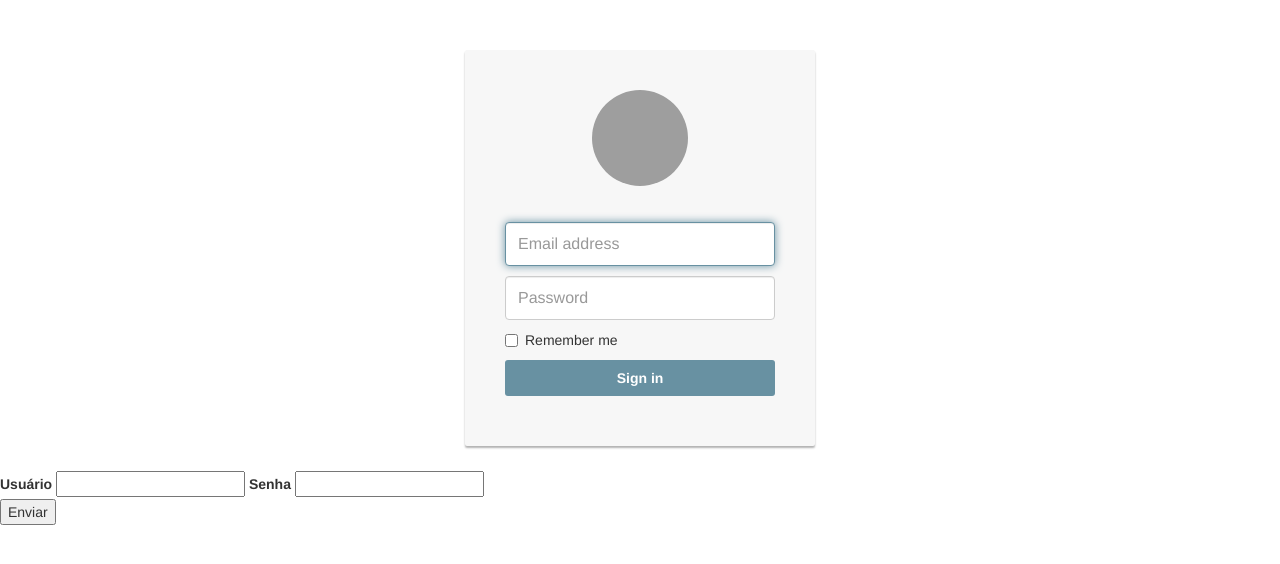
Repository: JacksonPassos/JAAS
Page: http://localhost/gerenciador/jsp/login.jsp
An editor plug-in stored every save of this project. The page is shown before and after the next save, followed by the edit.
The browser window is 1280 px wide. The pictures show the whole page.
Pictures or frames that could not be fetched are drawn as grey boxes. The page is served by Tomcat 9.

Above is the page before, as saved 2017-05-16 21:25:28.
Console error: ReferenceError: $ is not defined

### gerenciador/WebContent/jsp/login.jsp
<%@ page language="java" contentType="text/html; charset=ISO-8859-1"
    pageEncoding="ISO-8859-1"%>
<!DOCTYPE html PUBLIC "-//W3C//DTD HTML 4.01 Transitional//EN" "http://www.w3.org/TR/html4/loose.dtd">
<html>
<head>
<meta http-equiv="Content-Type" content="text/html; charset=UTF-8">
<link rel="stylesheet" type="text/css" href="../bootstrap/css/bootstrap.min.css">
<style type="text/css">
/*
 * Specific styles of signin component
 */
/*
 * General styles
 */
body, html {
    height: 100%;
    background-repeat: no-repeat;

}

.card-container.card {
    max-width: 350px;
    padding: 40px 40px;
}

.btn {
    font-weight: 700;
    height: 36px;
    -moz-user-select: none;
    -webkit-user-select: none;
    user-select: none;
    cursor: default;
}

/*
 * Card component
 */
.card {
    background-color: #F7F7F7;
    /* just in case there no content*/
    padding: 20px 25px 30px;
    margin: 0 auto 25px;
    margin-top: 50px;
    /* shadows and rounded borders */
    -moz-border-radius: 2px;
    -webkit-border-radius: 2px;
    border-radius: 2px;
    -moz-box-shadow: 0px 2px 2px rgba(0, 0, 0, 0.3);
    -webkit-box-shadow: 0px 2px 2px rgba(0, 0, 0, 0.3);
    box-shadow: 0px 2px 2px rgba(0, 0, 0, 0.3);
}

.profile-img-card {
    width: 96px;
    height: 96px;
    margin: 0 auto 10px;
    display: block;
    -moz-border-radius: 50%;
    -webkit-border-radius: 50%;
    border-radius: 50%;
}

/*
 * Form styles
 */
.profile-name-card {
    font-size: 16px;
    font-weight: bold;
    text-align: center;
    margin: 10px 0 0;
    min-height: 1em;
}

.reauth-email {
    display: block;
    color: #404040;
    line-height: 2;
    margin-bottom: 10px;
    font-size: 14px;
    text-align: center;
    overflow: hidden;
    text-overflow: ellipsis;
    white-space: nowrap;
    -moz-box-sizing: border-box;
    -webkit-box-sizing: border-box;
    box-sizing: border-box;
}

.form-signin #inputEmail,
.form-signin #inputPassword {
    direction: ltr;
    height: 44px;
    font-size: 16px;
}

.form-signin input[type=email],
.form-signin input[type=password],
.form-signin input[type=text],
.form-signin button {
    width: 100%;
    display: block;
    margin-bottom: 10px;
    z-index: 1;
    position: relative;
    -moz-box-sizing: border-box;
    -webkit-box-sizing: border-box;
    box-sizing: border-box;
}

.form-signin .form-control:focus {
    border-color: rgb(104, 145, 162);
    outline: 0;
    -webkit-box-shadow: inset 0 1px 1px rgba(0,0,0,.075),0 0 8px rgb(104, 145, 162);
    box-shadow: inset 0 1px 1px rgba(0,0,0,.075),0 0 8px rgb(104, 145, 162);
}

.btn.btn-signin {
    /*background-color: #4d90fe; */
    background-color: rgb(104, 145, 162);
    /* background-color: linear-gradient(rgb(104, 145, 162), rgb(12, 97, 33));*/
    padding: 0px;
    font-weight: 700;
    font-size: 14px;
    height: 36px;
    -moz-border-radius: 3px;
    -webkit-border-radius: 3px;
    border-radius: 3px;
    border: none;
    -o-transition: all 0.218s;
    -moz-transition: all 0.218s;
    -webkit-transition: all 0.218s;
    transition: all 0.218s;
}

.btn.btn-signin:hover,
.btn.btn-signin:active,
.btn.btn-signin:focus {
    background-color: rgb(12, 97, 33);
}

.forgot-password {
    color: rgb(104, 145, 162);
}

.forgot-password:hover,
.forgot-password:active,
.forgot-password:focus{
    color: rgb(12, 97, 33);
}
</style>
<script type="text/javascript">
$( document ).ready(function() {
    // DOM ready

    // Test data
    /*
     * To test the script you should discomment the function
     * testLocalStorageData and refresh the page. The function
     * will load some test data and the loadProfile
     * will do the changes in the UI
     */
    // testLocalStorageData();
    // Load profile if it exits
    loadProfile();
});

/**
 * Function that gets the data of the profile in case
 * thar it has already saved in localstorage. Only the
 * UI will be update in case that all data is available
 *
 * A not existing key in localstorage return null
 *
 */
function getLocalProfile(callback){
    var profileImgSrc      = localStorage.getItem("PROFILE_IMG_SRC");
    var profileName        = localStorage.getItem("PROFILE_NAME");
    var profileReAuthEmail = localStorage.getItem("PROFILE_REAUTH_EMAIL");

    if(profileName !== null
            && profileReAuthEmail !== null
            && profileImgSrc !== null) {
        callback(profileImgSrc, profileName, profileReAuthEmail);
    }
}

/**
 * Main function that load the profile if exists
 * in localstorage
 */
function loadProfile() {
    if(!supportsHTML5Storage()) { return false; }
    // we have to provide to the callback the basic
    // information to set the profile
    getLocalProfile(function(profileImgSrc, profileName, profileReAuthEmail) {
        //changes in the UI
        $("#profile-img").attr("src",profileImgSrc);
        $("#profile-name").html(profileName);
        $("#reauth-email").html(profileReAuthEmail);
        $("#inputEmail").hide();
        $("#remember").hide();
    });
}

/**
 * function that checks if the browser supports HTML5
 * local storage
 *
 * @returns {boolean}
 */
function supportsHTML5Storage() {
    try {
        return 'localStorage' in window && window['localStorage'] !== null;
    } catch (e) {
        return false;
    }
}

/**
 * Test data. This data will be safe by the web app
 * in the first successful login of a auth user.
 * To Test the scripts, delete the localstorage data
 * and comment this call.
 *
 * @returns {boolean}
 */
function testLocalStorageData() {
    if(!supportsHTML5Storage()) { return false; }
    localStorage.setItem("PROFILE_IMG_SRC", "//lh3.googleusercontent.com/-6V8xOA6M7BA/AAAAAAAAAAI/AAAAAAAAAAA/rzlHcD0KYwo/photo.jpg?sz=120" );
    localStorage.setItem("PROFILE_NAME", "César Izquierdo Tello");
    localStorage.setItem("PROFILE_REAUTH_EMAIL", "oneaccount@gmail.com");
}

</script>

<title>Login</title>
</head>
<body>

 <div class="container">
        <div class="card card-container">
            <!-- <img class="profile-img-card" src="//lh3.googleusercontent.com/-6V8xOA6M7BA/AAAAAAAAAAI/AAAAAAAAAAA/rzlHcD0KYwo/photo.jpg?sz=120" alt="" /> -->
            <img id="profile-img" class="profile-img-card" src="//ssl.gstatic.com/accounts/ui/avatar_2x.png" />
            <p id="profile-name" class="profile-name-card"></p>

            <form class="form-signin" action="j_security_check" method="post">
                <span id="reauth-email" class="reauth-email"></span>
                <input type="email" id="inputEmail" class="form-control" placeholder="Email address" required autofocus>
                <input type="password" id="inputPassword" class="form-control" placeholder="Password" required>
                <div id="remember" class="checkbox">
                    <label>
                        <input type="checkbox" value="remember-me"> Remember me
                    </label>
                </div>
                <button class="btn btn-lg btn-primary btn-block btn-signin" type="submit">Sign in</button>
            </form><!-- /form -->
        </div><!-- /card-container -->
    </div><!-- /container -->



	<div id="pagina">
	<div id="fields">
		<form action="j_security_check" method="post">
			<label>Usu&aacute;rio</label>
			<input id="j_username" name="j_username" type="text">
			<label >Senha</label>
			<input id="j_password" name="j_password" type="password">
			<br>
			<input id="butEnviar" type="submit" value="Enviar">
		</form>
	</div>
</div>
</body>
</html>

Loaded but not shown: gerenciador/WebContent/bootstrap/css/bootstrap.min.css (library)

After the next save:
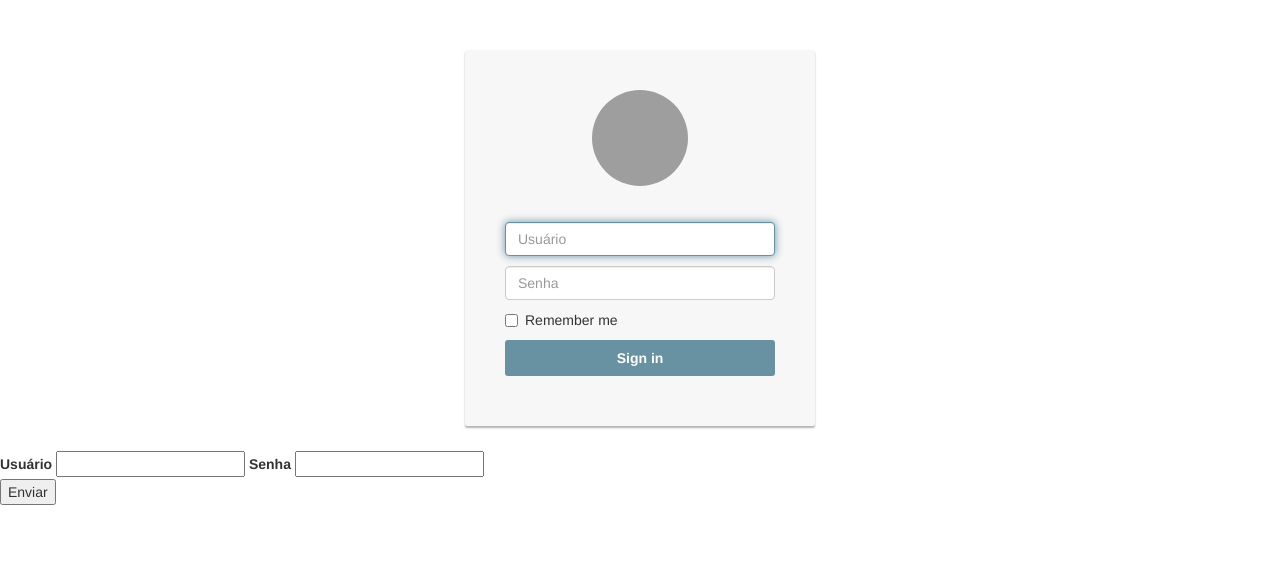
Saved 114 s later.
--- a/gerenciador/WebContent/jsp/login.jsp
+++ b/gerenciador/WebContent/jsp/login.jsp
@@ -245,8 +245,8 @@ function testLocalStorageData() {
 
             <form class="form-signin" action="j_security_check" method="post">
                 <span id="reauth-email" class="reauth-email"></span>
-                <input type="email" id="inputEmail" class="form-control" placeholder="Email address" required autofocus>
-                <input type="password" id="inputPassword" class="form-control" placeholder="Password" required>
+                <input id="j_username" name="j_username" type="text" class="form-control" placeholder="Usuário" required autofocus>
+                <input id="j_password" name="j_password" type="password" class="form-control" placeholder="Senha" required>
                 <div id="remember" class="checkbox">
                     <label>
                         <input type="checkbox" value="remember-me"> Remember me
